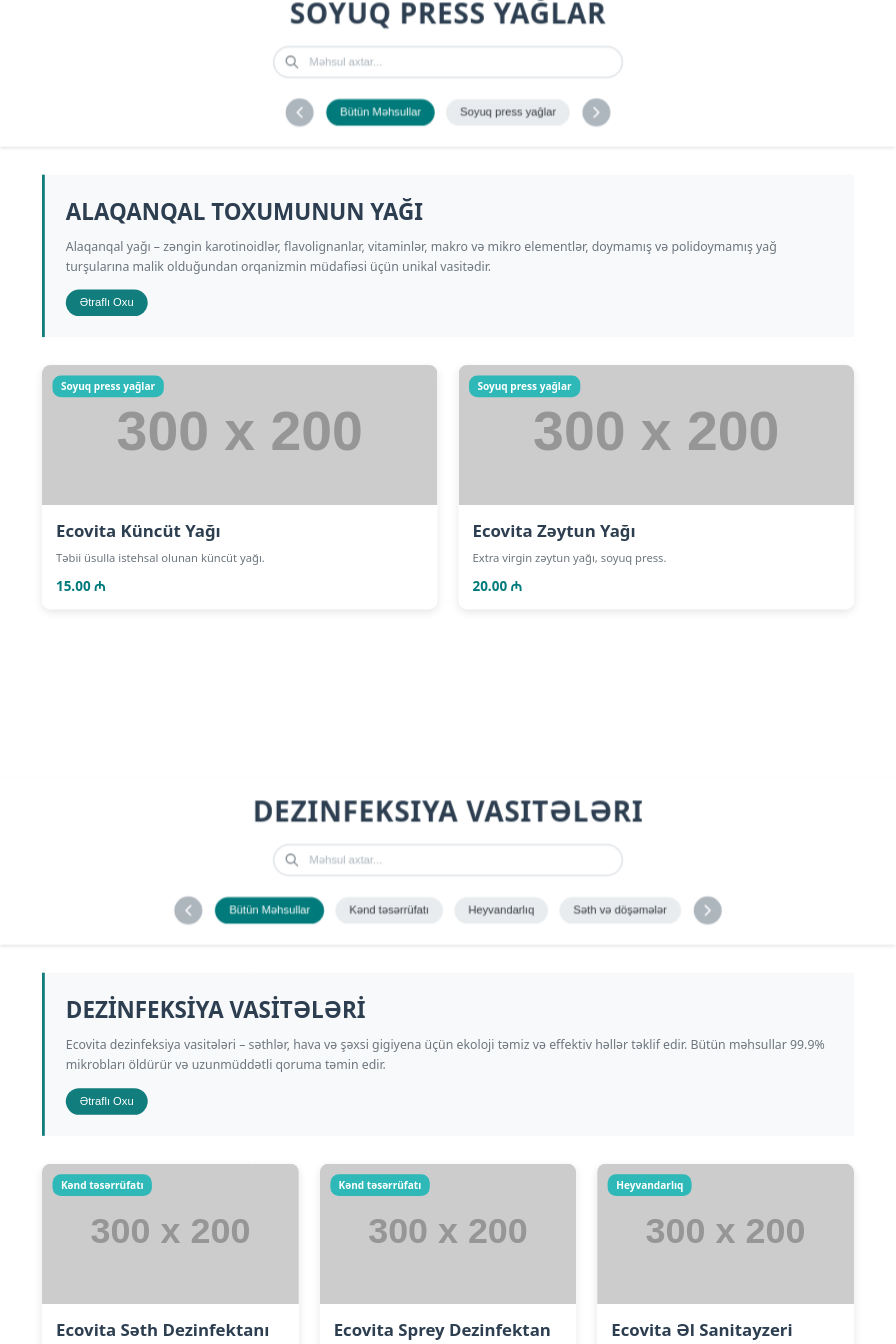
Repository: ferhadsultan98/ecovita
Page: /
The author's editor kept a copy of each file at every save. The page is drawn from the files as they stood at one save, then again after a run of saves.
The browser window is 1280 px wide. The pictures show the part of the page from y = 1741 to 3661 px (the page is 4753 px tall), at 70% of full size.
The project was rebuilt for these pictures with package versions that can differ from the ones it lists, and the page was loaded fresh each time. Also part of the build but not shown: vite.config.js.

Above is the page before, as saved 2025-05-06 14:34:49.

After the next 2 saves:
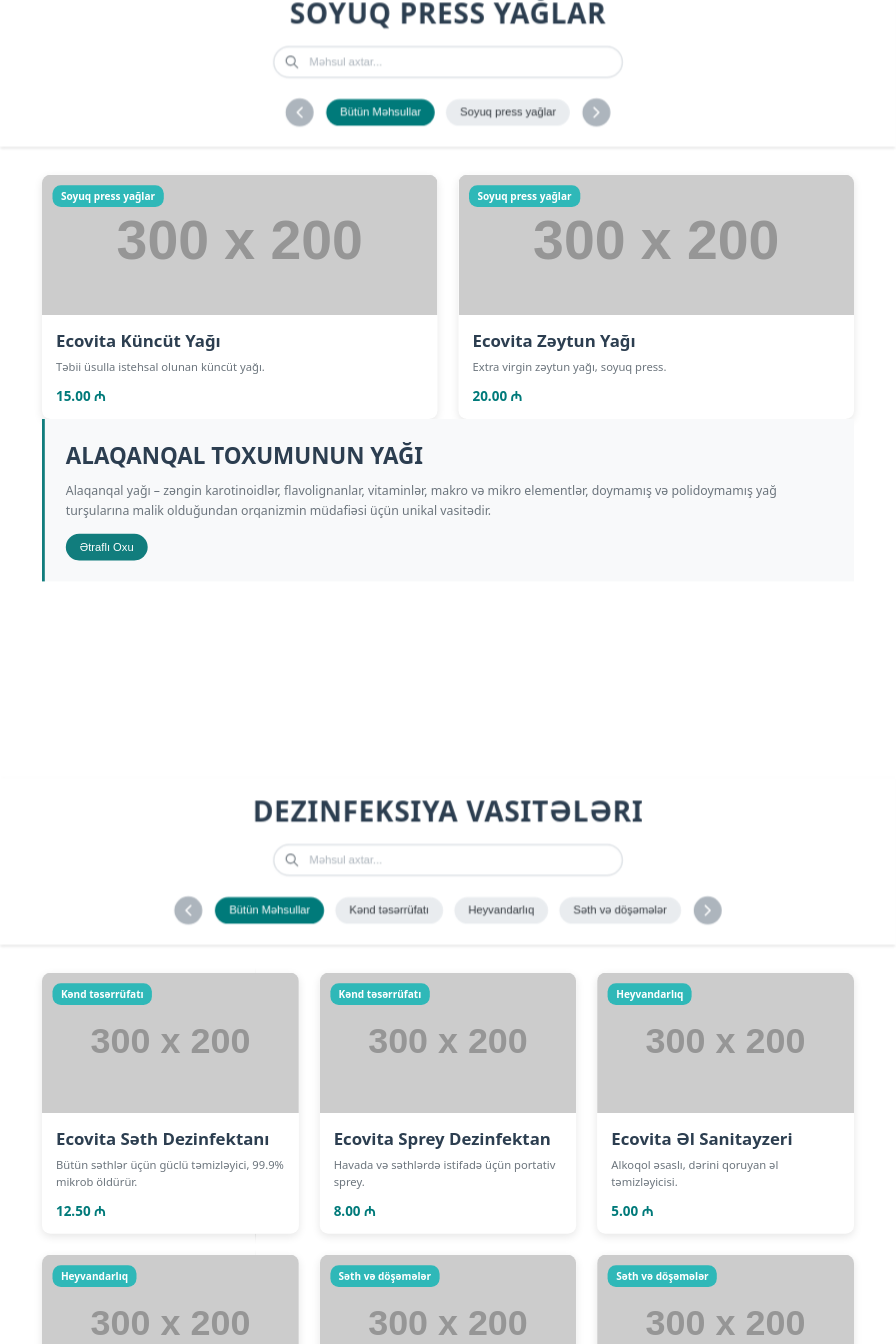
The 2 saves are shown as one change because they came seconds apart.
The last was saved 5 min 2 s later.
--- a/src/Pages/MenuSection/MenuSection.scss
+++ b/src/Pages/MenuSection/MenuSection.scss
@@ -198,6 +198,8 @@
     max-width: 1200px;
     margin: 0 auto;
     padding: 40px 20px;
+    display: flex;
+    flex-direction: column-reverse;
 
     .product-info-section {
       background: #f8f9fa;
